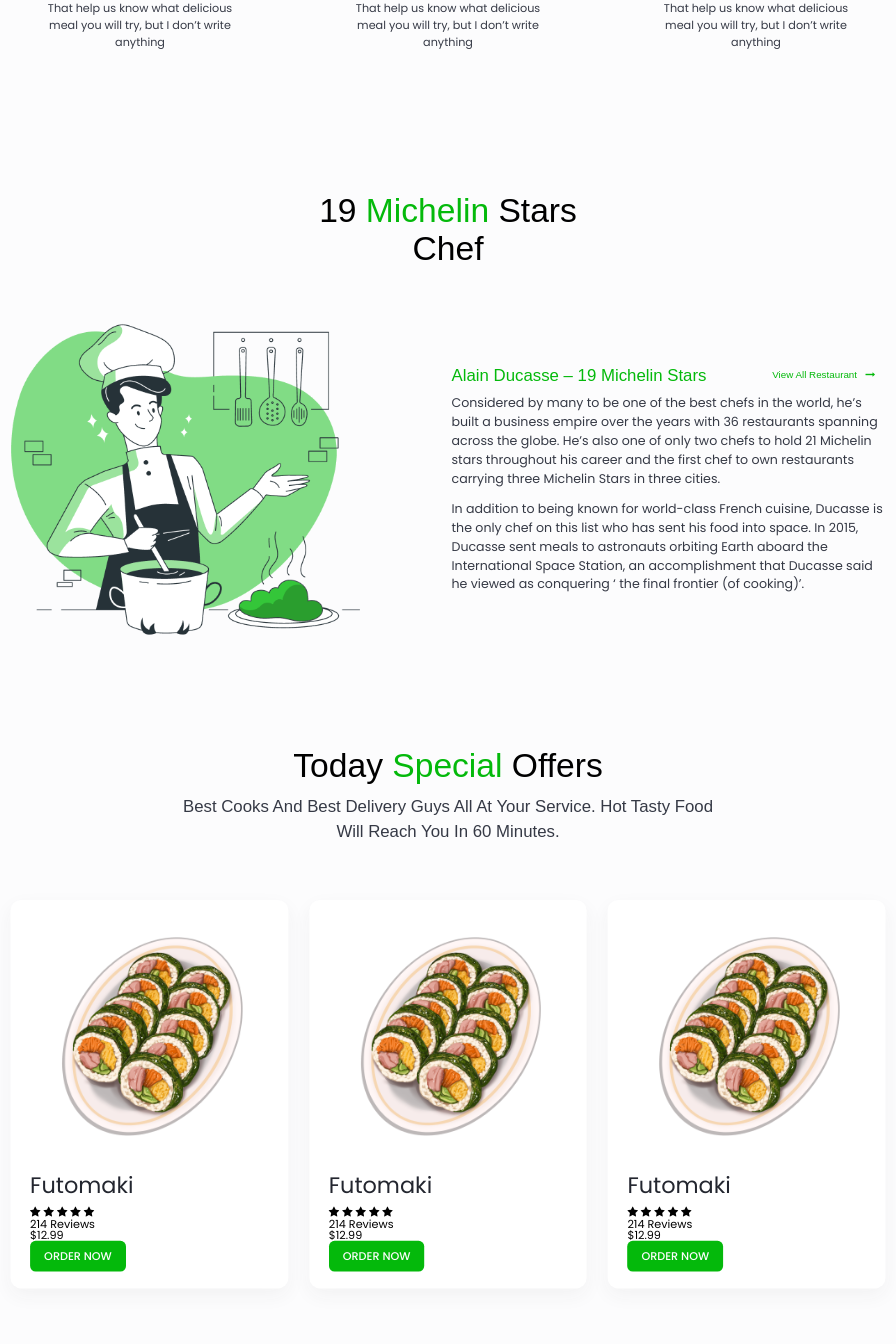
Repository: Toan3333/fooz
Page: index.html
An editor plug-in stored every save of this project. The page is shown before and after the next save, followed by the edit.
The browser window is 1280 px wide. The pictures show the part of the page from y = 1382 to 3302 px (the page is 3302 px tall before and 3286 px after), at 70% of full size.
Some web fonts or font styles are not loaded; a fallback is used.

Above is the page before, as saved 2023-05-18 16:15:27.

### index.html
<!DOCTYPE html>
<html lang="en">
  <head>
    <meta charset="UTF-8" />
    <meta http-equiv="X-UA-Compatible" content="IE=edge" />
    <meta name="viewport" content="width=device-width, initial-scale=1.0" />
    <title>Document</title>
    <link rel="stylesheet" href="./assets/css/style.css" />
    <link
      href="https://fonts.googleapis.com/css?family=Poppins:100,100italic,200,200italic,300,300italic,regular,italic,500,500italic,600,600italic,700,700italic,800,800italic,900,900italic"
      rel="stylesheet"
    />
    <link
      href="https://fonts.googleapis.com/css?family=Alice:regular"
      rel="stylesheet"
    />
    <link
      rel="stylesheet"
      href="https://cdnjs.cloudflare.com/ajax/libs/font-awesome/4.7.0/css/font-awesome.min.css"
    />
  </head>
  <body>
    <div class="app">
      <!-- header -->
      <header class="header">
        <div class="container">
          <div class="header-main">
            <div class="header-logo">
              <img src="./assets/images/Logo.svg" alt="" />
            </div>
            <div class="header-menu">
              <ul class="header-nav">
                <li class="header-list">
                  <a href="#" class="header-link active">Home</a>
                </li>
                <li class="header-list">
                  <a href="#" class="header-link">Menu</a>
                </li>
                <li class="header-list">
                  <a href="#" class="header-link">Blog</a>
                </li>
                <li class="header-list">
                  <a href="#" class="header-link">About us</a>
                </li>
                <li class="header-list">
                  <a href="#" class="header-link">Contact</a>
                </li>
              </ul>
            </div>
            <div class="header-auth">
              <div class="header-icon">
                <a href="#">
                  <i class="fa fa-user" aria-hidden="true"></i>
                </a>
                <a href="#">
                  <i class="fa fa-search" aria-hidden="true"></i>
                </a>
                <a href="#">
                  <i class="fa fa-shopping-cart" aria-hidden="true"></i>
                </a>
              </div>
            </div>
          </div>
        </div>
      </header>
      <section class="hero">
        <div class="container">
          <div class="hero-main">
            <div class="hero-content">
              <h2 class="hero-title">You’ve Got Questions We’ve Got Taste</h2>
              <div class="hero-desc">
                Explore your Taste with speacial food in the special place. This
                text don’t have any meaning
              </div>
              <div class="hero-cta">
                <div class="hero-btn">
                  <button class="button-primary">ORDER NOW</button>
                  <span>Explore menu</span>
                </div>
              </div>
              <div class="hero-info">
                <div class="hero-list">
                  <div class="hero-item">
                    <div class="hero-number">9+</div>
                    <div class="hero-text">years of service.</div>
                  </div>
                  <div class="hero-item">
                    <div class="hero-number">120+</div>
                    <div class="hero-text">Store in the world.</div>
                  </div>
                </div>
              </div>
            </div>
            <div class="hero-image">
              <img src="./assets/images/hero-bg.png" alt="" />
            </div>
          </div>
        </div>
      </section>
      <section class="service">
        <div class="container">
          <div class="text-center__primary">
            How we keep your meal <span class="text-primary">Delicious</span>
          </div>
          <div class="service-list">
            <div class="service-item">
              <div class="service-icon">
                <a href="#"
                  ><svg
                    width="48"
                    height="48"
                    viewBox="0 0 48 48"
                    fill="none"
                    xmlns="http://www.w3.org/2000/svg"
                  >
                    <path
                      fill-rule="evenodd"
                      clip-rule="evenodd"
                      d="M6 4C4.89543 4 4 4.89543 4 6C4 7.10457 4.89543 8 6 8H8V36C8 40.4183 11.5817 44 16 44H32C36.4183 44 40 40.4183 40 36V8H42C43.1046 8 44 7.10457 44 6C44 4.89543 43.1046 4 42 4H6ZM36 8H12V36C12 38.2091 13.7909 40 16 40H32C34.2091 40 36 38.2091 36 36V8Z"
                      fill="#777E91"
                    />
                    <path
                      d="M25.4142 14.5858C24.6332 13.8047 23.3668 13.8047 22.5858 14.5858L16.5858 20.5858C15.8047 21.3668 15.8047 22.6332 16.5858 23.4142C17.3668 24.1953 18.6332 24.1953 19.4142 23.4142L22 20.8284V32C22 33.1046 22.8954 34 24 34C25.1046 34 26 33.1046 26 32V20.8284L28.5858 23.4142C29.3668 24.1953 30.6332 24.1953 31.4142 23.4142C32.1953 22.6332 32.1953 21.3668 31.4142 20.5858L25.4142 14.5858Z"
                      fill="#777E91"
                    />
                  </svg>
                </a>
              </div>
              <h3 class="service-title">Receive The Order</h3>
              <div class="service-desc">
                That help us know what delicious meal you will try, but I don’t
                write anything
              </div>
            </div>
            <div class="service-item">
              <div class="service-icon">
                <a href="#">
                  <svg
                    width="49"
                    height="48"
                    viewBox="0 0 49 48"
                    fill="none"
                    xmlns="http://www.w3.org/2000/svg"
                  >
                    <path
                      fill-rule="evenodd"
                      clip-rule="evenodd"
                      d="M4.5 26C4.5 22.6863 7.18629 20 10.5 20H38.5C41.8137 20 44.5 22.6863 44.5 26C44.5 35.9411 36.4411 44 26.5 44H22.5C12.5589 44 4.5 35.9411 4.5 26ZM10.5 24H38.5C39.6046 24 40.5 24.8954 40.5 26C40.5 26.679 40.4517 27.3468 40.3582 28H8.64178C8.54834 27.3468 8.5 26.679 8.5 26C8.5 24.8954 9.39543 24 10.5 24ZM9.84726 32C12.0942 36.7299 16.9152 40 22.5 40H26.5C32.0848 40 36.9058 36.7299 39.1527 32H9.84726Z"
                      fill="#777E91"
                    />
                    <path
                      d="M18.5 4C19.6046 4 20.5 4.89543 20.5 6C20.5 8.45315 19.8455 9.78123 19.2889 10.8944L19.2729 10.9263C18.8372 11.7975 18.5 12.4717 18.5 14C18.5 15.1046 17.6046 16 16.5 16C15.3954 16 14.5 15.1046 14.5 14C14.5 11.5468 15.1545 10.2188 15.7111 9.10557L15.7271 9.07371C16.1628 8.20251 16.5 7.52827 16.5 6C16.5 4.89543 17.3954 4 18.5 4Z"
                      fill="#777E91"
                    />
                    <path
                      d="M26.5 4C27.6046 4 28.5 4.89543 28.5 6C28.5 8.45315 27.8455 9.78123 27.2889 10.8944L27.2729 10.9263C26.8372 11.7975 26.5 12.4717 26.5 14C26.5 15.1046 25.6046 16 24.5 16C23.3954 16 22.5 15.1046 22.5 14C22.5 11.5468 23.1545 10.2188 23.7111 9.10557L23.7271 9.07371C24.1628 8.20251 24.5 7.52827 24.5 6C24.5 4.89543 25.3954 4 26.5 4Z"
                      fill="#777E91"
                    />
                    <path
                      d="M36.5 6C36.5 4.89543 35.6046 4 34.5 4C33.3954 4 32.5 4.89543 32.5 6C32.5 7.52827 32.1628 8.20251 31.7271 9.07371L31.7111 9.10557C31.1545 10.2188 30.5 11.5468 30.5 14C30.5 15.1046 31.3954 16 32.5 16C33.6046 16 34.5 15.1046 34.5 14C34.5 12.4717 34.8372 11.7975 35.2729 10.9263L35.2889 10.8944C35.8455 9.78123 36.5 8.45315 36.5 6Z"
                      fill="#777E91"
                    />
                  </svg>
                </a>
              </div>
              <h3 class="service-title">Prepair your Meal</h3>
              <div class="service-desc">
                That help us know what delicious meal you will try, but I don’t
                write anything
              </div>
            </div>
            <div class="service-item">
              <div class="service-icon">
                <a href="#">
                  <svg
                    width="48"
                    height="48"
                    viewBox="0 0 48 48"
                    fill="none"
                    xmlns="http://www.w3.org/2000/svg"
                  >
                    <path
                      fill-rule="evenodd"
                      clip-rule="evenodd"
                      d="M0 14C0 10.6863 2.68629 8 6 8H22C25.3137 8 28 10.6863 28 14V32C28 34.2091 26.2091 36 24 36H16V32H23C23.5523 32 24 31.5523 24 31V14C24 12.8954 23.1046 12 22 12H6C4.89543 12 4 12.8954 4 14V30C4 31.1046 4.89543 32 6 32H8V36H6C2.68629 36 0 33.3137 0 30V14Z"
                      fill="#777E91"
                    />
                    <path
                      fill-rule="evenodd"
                      clip-rule="evenodd"
                      d="M24 14H36.4502C37.9458 14 39.3875 14.5586 40.4927 15.5663L46.0425 20.6264C47.2894 21.7633 48 23.3727 48 25.0601V30C48 33.3137 45.3137 36 42 36H40V32H42C43.1046 32 44 31.1046 44 30V25.0601C44 24.4976 43.7631 23.9612 43.3475 23.5822L37.7977 18.5221C37.4293 18.1862 36.9488 18 36.4502 18H30C28.8954 18 28 18.8954 28 20V31C28 31.5523 28.4477 32 29 32H32V36H24V14Z"
                      fill="#777E91"
                    />
                    <path
                      fill-rule="evenodd"
                      clip-rule="evenodd"
                      d="M12 36C13.1046 36 14 35.1046 14 34C14 32.8954 13.1046 32 12 32C10.8954 32 10 32.8954 10 34C10 35.1046 10.8954 36 12 36ZM12 40C15.3137 40 18 37.3137 18 34C18 30.6863 15.3137 28 12 28C8.68629 28 6 30.6863 6 34C6 37.3137 8.68629 40 12 40Z"
                      fill="#777E91"
                    />
                    <path
                      fill-rule="evenodd"
                      clip-rule="evenodd"
                      d="M36 36C37.1046 36 38 35.1046 38 34C38 32.8954 37.1046 32 36 32C34.8954 32 34 32.8954 34 34C34 35.1046 34.8954 36 36 36ZM36 40C39.3137 40 42 37.3137 42 34C42 30.6863 39.3137 28 36 28C32.6863 28 30 30.6863 30 34C30 37.3137 32.6863 40 36 40Z"
                      fill="#777E91"
                    />
                  </svg>
                </a>
              </div>
              <h3 class="service-title">Delivery your meal</h3>
              <div class="service-desc">
                That help us know what delicious meal you will try, but I don’t
                write anything
              </div>
            </div>
          </div>
        </div>
      </section>
      <section class="about">
        <div class="container">
          <h2 class="text-center__primary about-center">
            19 <span class="text-primary">Michelin</span> Stars Chef
          </h2>
          <div class="about-main">
            <div class="about-image">
              <img src="./assets/images/about-bg.png" alt="" />
            </div>
            <div class="about-content">
              <div class="about-info">
                <div class="about-name">Alain Ducasse – 19 Michelin Stars</div>
                <div class="about-view">
                  View All Restaurant
                  <i class="fa fa-long-arrow-right" aria-hidden="true"></i>
                </div>
              </div>
              <div class="about-text">
                <p class="about-desc">
                  Considered by many to be one of the best chefs in the world,
                  he’s built a business empire over the years with 36
                  restaurants spanning across the globe. He’s also one of only
                  two chefs to hold 21 Michelin stars throughout his career and
                  the first chef to own restaurants carrying three Michelin
                  Stars in three cities.
                </p>
                <br />
                <p class="about-desc">
                  In addition to being known for world-class French cuisine,
                  Ducasse is the only chef on this list who has sent his food
                  into space. In 2015, Ducasse sent meals to astronauts orbiting
                  Earth aboard the International Space Station, an
                  accomplishment that Ducasse said he viewed as conquering ‘ the
                  final frontier (of cooking)’.
                </p>
              </div>
            </div>
          </div>
        </div>
      </section>
      <section class="special">
        <div class="container">
          <div class="text-center__primary special-center">
            Today <span class="text-primary">special</span> offers
            <p class="text-bottom">
              Best cooks and best delivery guys all at your service. Hot tasty
              food will reach you in 60 minutes.
            </p>
          </div>
          <div class="special-list">
            <div class="special-item">
              <div class="special-image">
                <img src="./assets/images/special-1.png" alt="" />
              </div>
              <div class="special-title">Futomaki</div>
              <div class="special-rating">
                <div class="special-icon">
                  <i class="fa fa-star" aria-hidden="true"></i>
                  <i class="fa fa-star" aria-hidden="true"></i>
                  <i class="fa fa-star" aria-hidden="true"></i>
                  <i class="fa fa-star" aria-hidden="true"></i>
                  <i class="fa fa-star" aria-hidden="true"></i>
                </div>
                <div class="special-views">214 Reviews</div>
              </div>
              <div class="special-bottom">
                <div class="special-price">$12.99</div>
                <div class="special-button">
                  <button class="button-primary">ORDER NOW</button>
                </div>
              </div>
            </div>
            <div class="special-item">
              <div class="special-image">
                <img src="./assets/images/special-1.png" alt="" />
              </div>
              <div class="special-title">Futomaki</div>
              <div class="special-rating">
                <div class="special-icon">
                  <i class="fa fa-star" aria-hidden="true"></i>
                  <i class="fa fa-star" aria-hidden="true"></i>
                  <i class="fa fa-star" aria-hidden="true"></i>
                  <i class="fa fa-star" aria-hidden="true"></i>
                  <i class="fa fa-star" aria-hidden="true"></i>
                </div>
                <div class="special-views">214 Reviews</div>
              </div>
              <div class="special-bottom">
                <div class="special-price">$12.99</div>
                <div class="special-button">
                  <button class="button-primary">ORDER NOW</button>
                </div>
              </div>
            </div>
            <div class="special-item">
              <div class="special-image">
                <img src="./assets/images/special-1.png" alt="" />
              </div>
              <div class="special-title">Futomaki</div>
              <div class="special-rating">
                <div class="special-icon">
                  <i class="fa fa-star" aria-hidden="true"></i>
                  <i class="fa fa-star" aria-hidden="true"></i>
                  <i class="fa fa-star" aria-hidden="true"></i>
                  <i class="fa fa-star" aria-hidden="true"></i>
                  <i class="fa fa-star" aria-hidden="true"></i>
                </div>
                <div class="special-views">214 Reviews</div>
              </div>
              <div class="special-bottom">
                <div class="special-price">$12.99</div>
                <div class="special-button">
                  <button class="button-primary">ORDER NOW</button>
                </div>
              </div>
            </div>
          </div>
        </div>
      </section>
    </div>
  </body>
</html>

### assets/css/style.css
*,
*:before,
*:after {
  box-sizing: border-box;
  text-decoration: none;
  list-style: none;
}
:root {
  --font-primary: "Poppins", sans-serif;
  --font-secondary: "Alice", sans-serif;
  --primary-color: #04b90b;
  --black: #000000;
  --gray: #777e90;
  --black-2: #23262f;
  --bg-primary: #fcfcfd;
  --gray-2: #f4f5f6;
  --gray-3: #353945;
}
* {
  margin: 0;
  padding: 0;
  font: inherit;
}
img,
picture,
svg,
video {
  display: block;
  max-width: 100%;
}
input,
select,
textarea {
  background-color: transparent;
  outline: none;
}
button {
  cursor: pointer;
  background-color: transparent;
  outline: none;
  border: 0;
}
body {
  min-height: 100vh;
  font-weight: 400;
  font-size: 16px;
  line-height: 1;
  font-family: var(--font-primary);
  background-color: var(--bg-primary);
  color: var(--black);
}
.container {
  max-width: 1330px;
  width: 100%;
  margin: 0 auto;
  padding: 0 15px;
}
/* HEADER */
.header {
  padding: 40px 0;
}
.header-main {
  display: flex;
  justify-content: space-between;
  align-items: center;
}
.header-nav {
  display: flex;
  align-items: center;
  gap: 30px;
}
.header-link {
  font-size: 18px;
  line-height: 30px;
  font-weight: 400;
  color: var(--black);
}
.header-link:hover {
  color: var(--primary-color);
  transition: all 0.2s linear;
}
.header-link.active {
  color: var(--primary-color);
}
.header-icon {
  display: flex;
  align-items: center;
  gap: 30px;
  font-size: 23px;
}
.header-icon > a {
  color: var(--black);
}
.header-icon > a:hover {
  color: var(--primary-color);
  transition: all 0.2s linear;
}
/* HEADER END */

/* HERO */
.hero {
  padding: 60px 0;
}
.hero-main {
  display: flex;
  justify-content: space-between;

  gap: 40px;
}
.hero-content {
  max-width: 677px;
  width: 100%;
}
.hero-title {
  font-size: 68px;
  font-weight: 400;
  font-family: var(--font-secondary);
  line-height: 70px;
  letter-spacing: -0.5%;
  margin-bottom: 30px;
}
.hero-desc {
  font-size: 24px;
  font-weight: 400;
  line-height: 36px;
  color: var(--gray);
  margin-bottom: 25px;
}
.hero-cta {
  margin-bottom: 105px;
}
.hero-btn {
  display: flex;
  align-items: center;
  gap: 24px;
}
.hero-btn span {
  font-size: 16px;
  line-height: 24px;
  font-weight: 400;
  color: var(--primary-color);
}
.button-primary {
  background-color: var(--primary-color);
  border-radius: 8px;
  padding: 10px 20px;
  font-size: 16px;
  line-height: 24px;
  font-weight: 500;
  color: var(--bg-primary);
}
.hero-info {
  max-width: 576px;
  width: 100%;
  background-color: var(--gray-2);
  border-radius: 16px;
  padding: 28px 56px 28px 56px;
}
.hero-list {
  display: flex;
  align-items: center;
  justify-content: space-between;
}

.hero-item {
  text-align: center;
}
.hero-number {
  font-size: 32px;
  line-height: 48px;
  font-weight: 600;
  color: var(--gray);
}
.hero-text {
  font-size: 20px;
  line-height: 30px;
  color: var(--gray);
  font-weight: 400;
}
.hero-image {
  width: 100%;
}
.hero-image img {
  width: 100%;
}
/* HERO END*/

/* SERVICE */
.service {
  padding: 80px 0;
}
.text-center__primary {
  max-width: 440px;
  margin: 0 auto;
  text-align: center;
  font-size: 48px;
  font-weight: 400;
  line-height: 55px;
  font-family: var(--font-secondary);
  text-transform: capitalize;
}
.text-primary {
  color: var(--primary-color);
}
.service-list {
  margin-top: 100px;
  display: grid;
  grid-template-columns: repeat(3, 1fr);
  grid-gap: 70px;
}
.service-item {
  display: flex;
  align-items: center;
  justify-content: center;
  flex-direction: column;
  padding: 40px 36px;
  text-align: center;
  cursor: pointer;
}
.service-item:hover {
  background: #ffffff;
  box-shadow: 0px 10px 27px rgba(53, 53, 53, 0.05);
  transition: 0.2s linear;
}
.service-icon {
  margin-bottom: 24px;
}
.service-icon a {
  width: 120px;
  height: 120px;
  border-radius: 100rem;
  background: #ffffff;
  box-shadow: 5px 9px 16px rgba(0, 0, 0, 0.04);
  display: inline-flex;
  align-items: center;
  justify-content: center;
}
.service-title {
  font-size: 28px;
  line-height: 42px;
  font-weight: 400;
  color: var(--black-2);
  margin-bottom: 6px;
}
.service-desc {
  font-size: 16px;
  line-height: 24px;
  font-weight: 400;
  color: var(--gray-3);
}
/* SERVICE END*/

/* ABOUT */
.about {
  padding: 80px 0;
}
.about-heading {
  text-align: center;
}
.about-main {
  display: flex;
  justify-content: space-between;
  align-items: center;
  gap: 130px;
  margin-top: 80px;
}
.about-center {
  max-width: 475px;
}
.about-image {
  max-width: 500px;
  width: 100%;
}
.about-image img {
  width: 100%;
}
.about-content {
  width: 100%;
}
.about-info {
  display: flex;
  align-items: center;
  gap: 94px;
  font-family: var(--font-secondary);
  margin-bottom: 12px;
}
.about-name {
  font-size: 24px;
  color: var(--primary-color);
  font-weight: 400;
  line-height: 28px;
}
.about-view {
  display: flex;
  align-items: center;
  gap: 12px;
  font-size: 14px;
  font-weight: 500;
  line-height: 20px;
  color: var(--primary-color);
}
.about-desc {
  font-size: 18px;
  line-height: 27px;
  font-weight: 400;
  color: var(--gray-3);
}
/* ABOUT END*/

/* SPECIAL */
.special {
  padding: 80px 0;
}
.special-center {
  max-width: 770px;
  margin: 0 auto;
  width: 100%;
}
.text-bottom {
  margin-top: 12px;
  font-size: 24px;
  line-height: 36px;
  color: var(--gray-3);
  font-weight: 400;
}
.special-list {
  margin-top: 80px;
  display: grid;
  grid-template-columns: repeat(3, 1fr);
  grid-gap: 30px;
}
.special-item {
  background-color: #ffffff;
  box-shadow: 0px 10px 27px rgba(53, 53, 53, 0.05);
  border-radius: 15px;
  padding: 24px 28px;
}
.special-image {
  width: 100%;
  margin-bottom: 24px;
}
.special-image img {
  width: 100%;
}
.special-title {
  font-size: 32px;
  line-height: 37px;
  font-weight: 400;
  color: var(--black-2);
  margin-bottom: 12px;
}
/* SPECIAL END*/

After the next save:
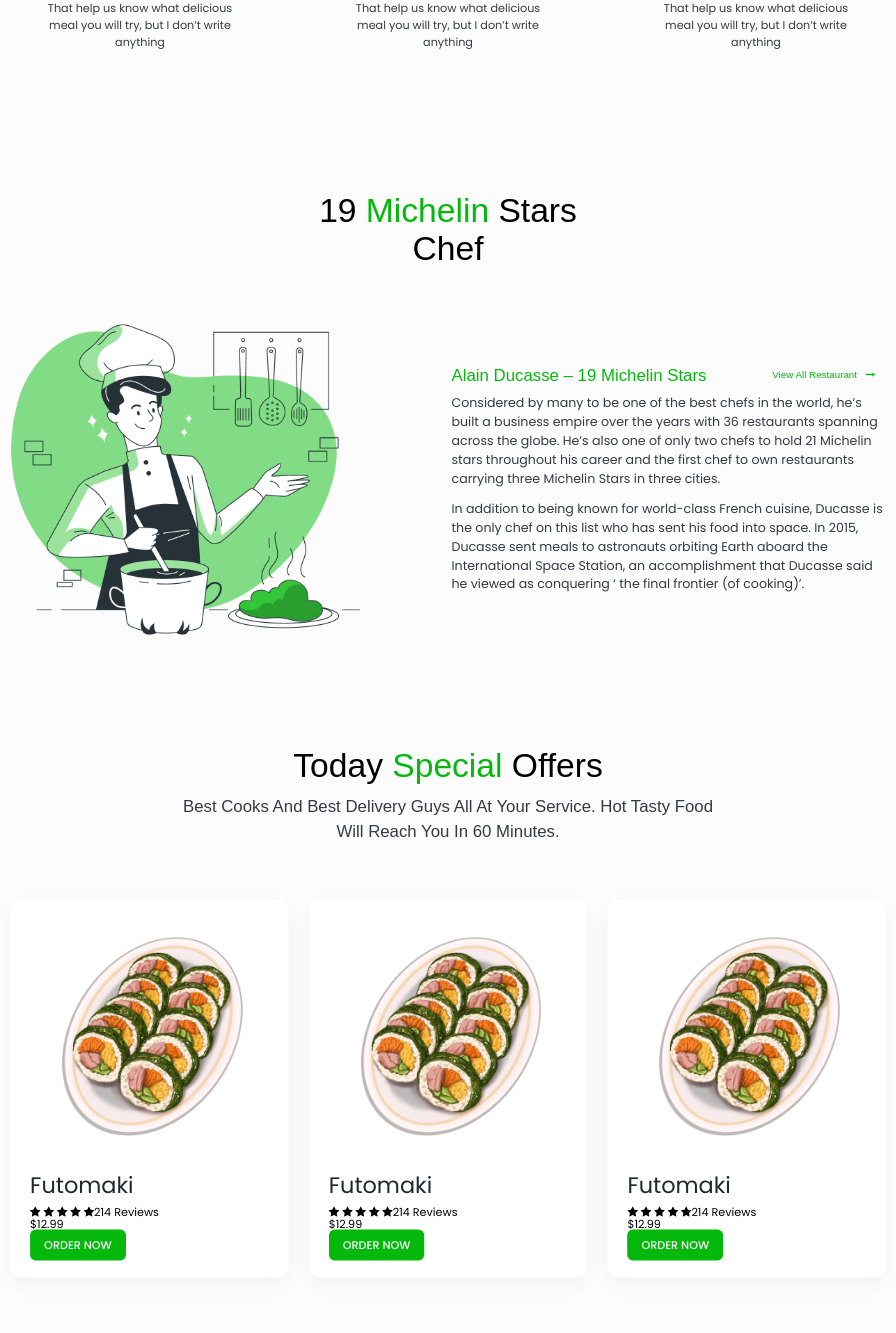
Saved 16 s later.
--- a/assets/css/style.css
+++ b/assets/css/style.css
@@ -349,4 +349,8 @@
   color: var(--black-2);
   margin-bottom: 12px;
 }
+.special-rating {
+  display: flex;
+  align-items: center;
+}
 /* SPECIAL END*/
